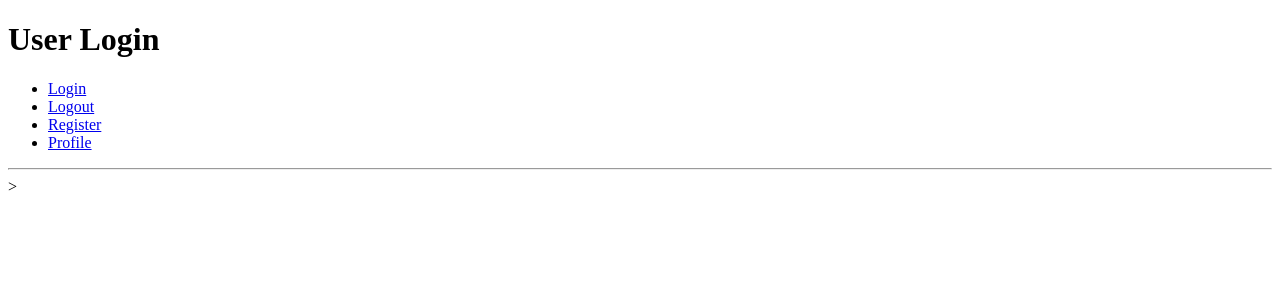
Repository: toderas/Django-authentication
Page: http://localhost/accounts/login/
The author's editor kept a record of every edit. The page is drawn from the files as they stood at one moment, then again after the next edit.
The browser window is 1280 px wide. The pictures show the whole page.
The page is served by the project's application, run on Django 2.2 (manage.py).

Above is the page before.

After the next edit:
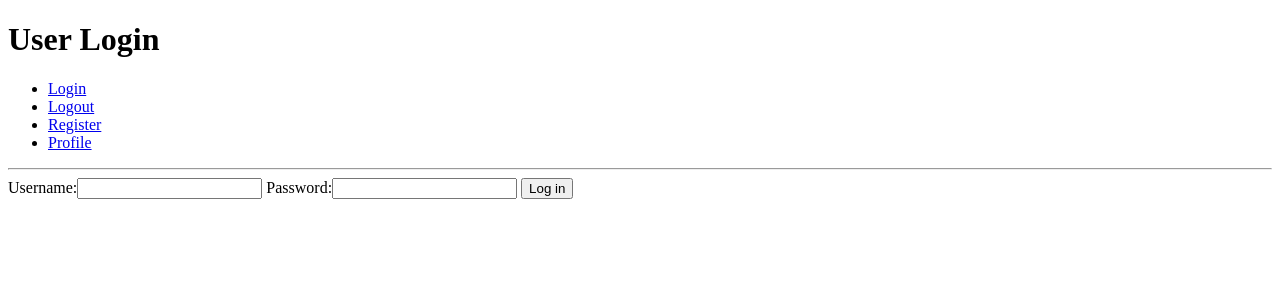
The edit:
--- a/accounts/templates/login.html
+++ b/accounts/templates/login.html
@@ -26,8 +26,10 @@
         {% endfor %}
     </div>
     {% endif %}
-    <form>
-        >
+    <form method="POST">
+        {% csrf_token %}
+        {{ login_form }}
+        <button type="submit"> Log in</button>
     </form>
 
 </body>
